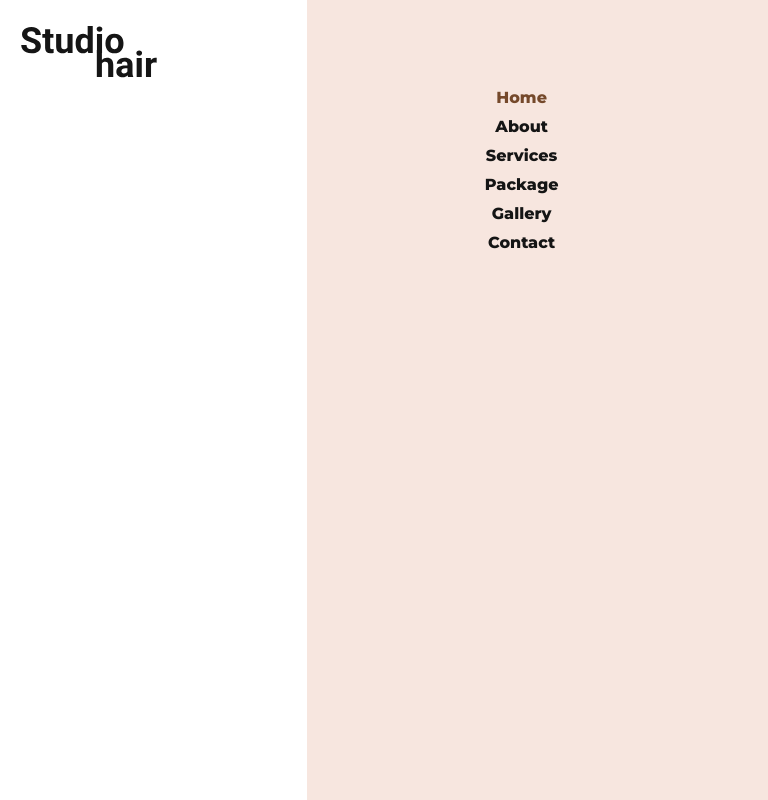
Repository: TuanHuflit2k1/clone-web01
Page: index.html
These files come from the project's save history. The page is drawn as it stood at one moment and after the next save; the edit follows.
The browser window is 768 px wide. The pictures show the whole page.
Some web libraries are served in a nearby version.

Above is the page before, as saved 2022-04-28 08:19:58.

After the next save:
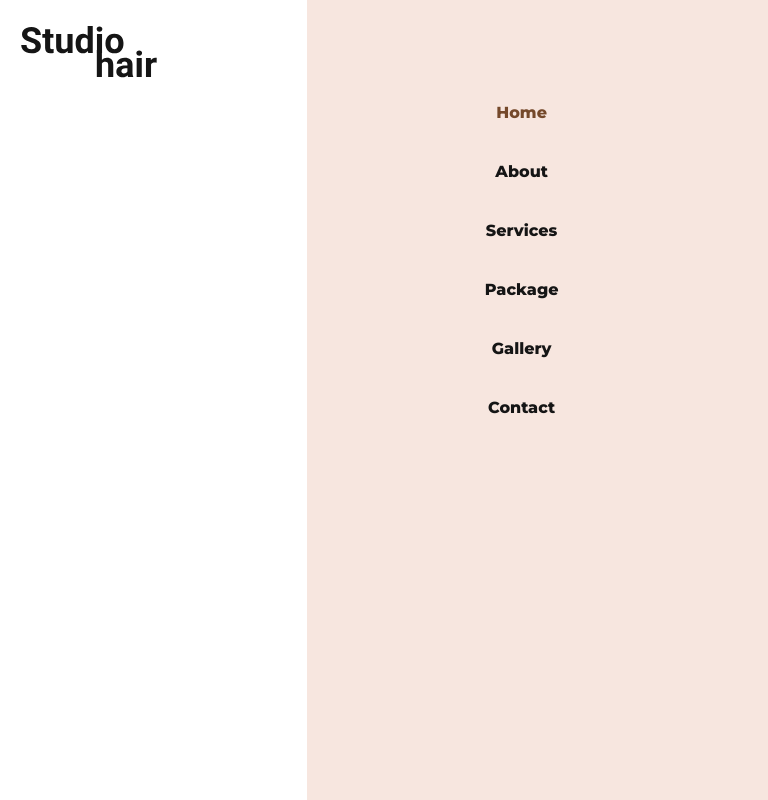
Saved 4 s later.
--- a/style.css
+++ b/style.css
@@ -115,6 +115,6 @@
     display: block;
   }
   .nav-menu li {
-      pa
+    padding: 15px 0;
   }
 }
